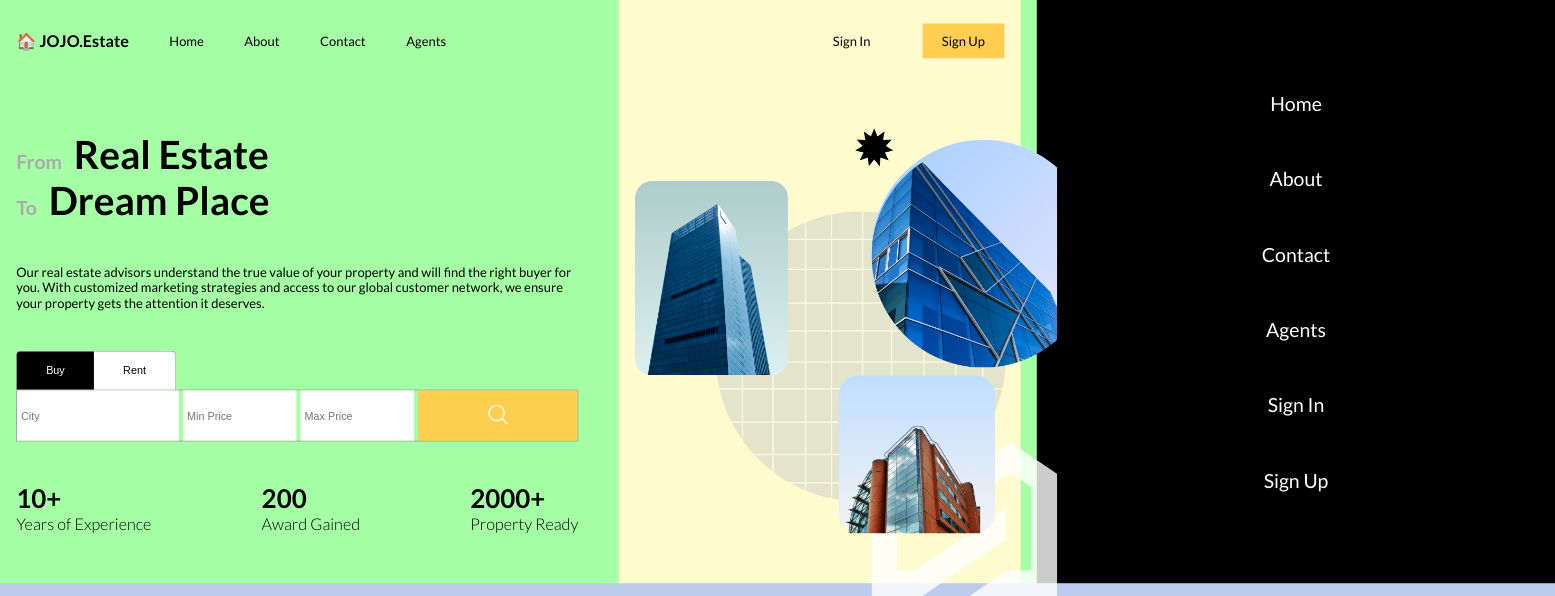
Repository: AiTrinh303/JOJO-estate
Page: /
The author's editor kept a copy of each file at every save. The page is drawn from the files as they stood at one save, then again after the next save.
The browser window is 1280 px wide. The page is 1920 px wide, so the pictures cover 1920 px, including what lies to the right of the window. The pictures show the whole page, at 81% of full size.
The page's requests for data from a server got no answer. The project was rebuilt for these pictures with package versions that can differ from the ones it lists, and the page was loaded fresh each time. No one was signed in, and anything a server would have sent is missing. Also part of the build but not shown: vite.config.js, src/routes/listPage/listPage.scss, src/components/filter/filter.scss, src/components/filter/Filter.jsx, src/components/card/card.scss, src/components/card/Card.jsx, src/components/map/map.scss, src/components/pin/pin.scss and 21 more. Imported but missing from the stored project, and not drawn on this page: src/components/uploadWidget/UploadWidget.

Above is the page before, as saved 2024-08-06 21:40:32.

After the next save:
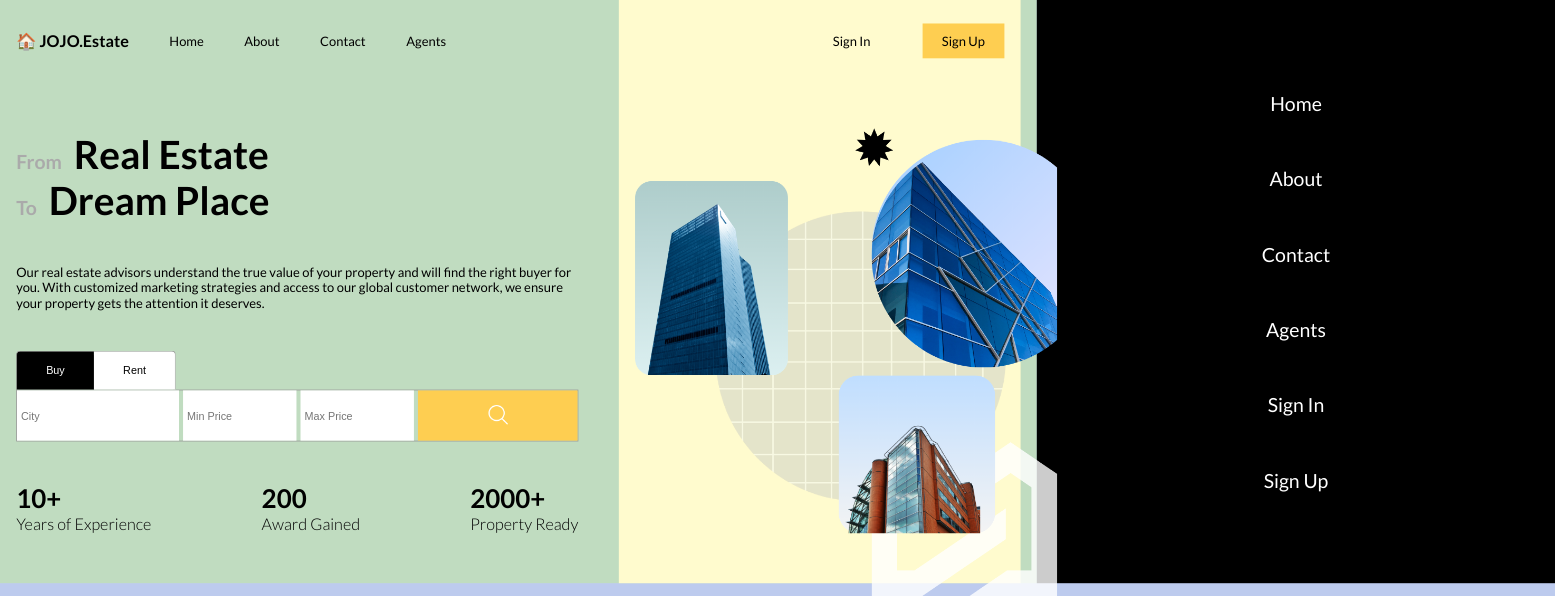
Saved 14 s later.
--- a/src/routes/layout/layout.scss
+++ b/src/routes/layout/layout.scss
@@ -7,7 +7,7 @@
   margin-right: auto;
   padding-left: 20px;
   padding-right: 20px;
-  background: rgb(165, 255, 165);
+  background: rgb(192, 220, 192);
 
   @include lg {
     max-width: 1280px;
